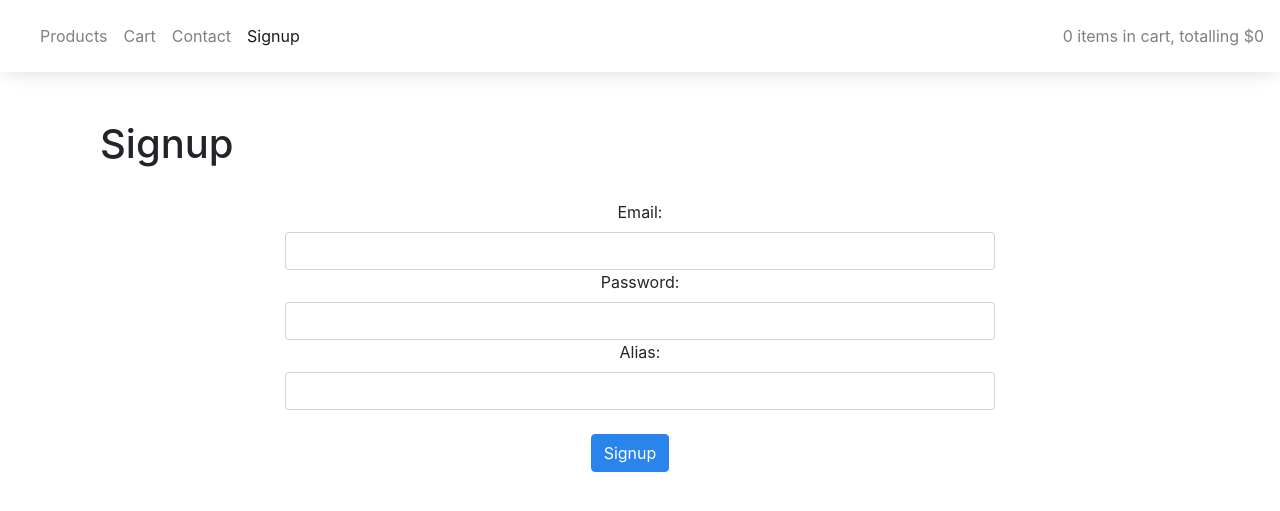
Repository: dayrim/wavecraft
Page: /signup
The author's editor kept a copy of each file at every save. The page is drawn from the files as they stood at one save, then again after the next save.
The browser window is 1280 px wide. The pictures show the whole page.
The project was rebuilt for these pictures with package versions that can differ from the ones it lists, and the page was loaded fresh each time. Also part of the build but not shown: vue.config.js.

Above is the page before, as saved 2019-04-22 16:15:31.

### public/index.html
<!DOCTYPE html>
<html lang="en">
  <head>
    <meta charset="utf-8">
    <meta http-equiv="X-UA-Compatible" content="IE=edge">
    <meta name="viewport" content="width=device-width,initial-scale=1.0">
    <link rel="icon" href="<%= BASE_URL %>favicon.ico">
    <title>wavecraft-reset</title>
  </head>
  <body>
    <noscript>
      <strong>We're sorry but wavecraft-reset doesn't work properly without JavaScript enabled. Please enable it to continue.</strong>
    </noscript>
    <div id="app"></div>
    <!-- built files will be auto injected -->


  </body>
</html>

### src/main.js
import Vue from "vue";
import App from "./App.vue";
import router from "./router";
import store from "./store";
import BootstrapVue from "bootstrap-vue";

Vue.config.productionTip = false;
Vue.use(BootstrapVue);
Vue.filter("currency", function(value) {
  let formatter = new Intl.NumberFormat("en-US", {
    style: "currency",
    currency: "USD",
    minimumFractionDigits: 0,
  });

  return formatter.format(value);
});

new Vue({
  router,
  store,
  render: h => h(App),
}).$mount("#app");

### src/App.vue
<template>
  <div id="app" :class="{ ready: isPageReady }">
    <b-navbar class="mainNavbar" sticky toggleable="lg" variant="light">
      <b-navbar-brand to="/"></b-navbar-brand>

      <b-navbar-toggle target="nav-collapse"></b-navbar-toggle>

      <b-collapse id="nav-collapse" is-nav>
        <b-navbar-nav>
          <b-nav-item exact active-class="active" to="/">Products</b-nav-item>
          <b-nav-item exact active-class="active" to="/cart">Cart</b-nav-item>
          <b-nav-item exact active-class="active" to="/contact">Contact</b-nav-item>
          <b-nav-item exact active-class="active" to="/signup">Signup</b-nav-item>
        </b-navbar-nav>

        <!-- Right aligned nav items -->
        <b-navbar-nav class="ml-auto">
          <b-nav-text>
            <div class="navbar-text">
              {{ cart.items.length }}
              <span v-if="cart.items.length == 1">item</span><span v-else>items</span> in cart,
              totalling {{ cartTotal | currency }}
            </div></b-nav-text
          >
        </b-navbar-nav>
      </b-collapse>
    </b-navbar>
    <transition name="route" mode="out-in">
      <router-view name="discount"> </router-view>
    </transition>
    <b-container>
      <b-row>
        <b-col>
          <br /><br />
          <transition name="route" mode="out-in">
            <router-view></router-view>
          </transition>
        </b-col>
      </b-row>
    </b-container>
  </div>
</template>

<script>
export default {
  data() {
    return {
      isPageReady: false,
    };
  },
  computed: {
    cart() {
      return this.$store.state.cart;
    },
    cartTotal() {
      return this.$store.getters["cart/cartTotal"];
    },
  },
  mounted: function() {
    this.$nextTick(function() {
      setTimeout(() => {
        this.isPageReady = true;
      }, 0);
    });
  },
};
</script>

<style lang="scss">
.mainNavbar {
  box-shadow: 0px 5px 20px -5px rgba(0, 0, 0, 0.15);
}
.flex {
  display: flex;
}
.flex.flex-column {
  flex-direction: column;
}
.flex.flex-row {
  flex-direction: row;
}
.flex.justify-center {
  justify-content: center;
}
.flex.justify-left {
  justify-content: flex-start;
}
.flex.justify-right {
  justify-content: flex-end;
}
.flex.align-center {
  align-items: center;
}
.flex.align-left {
  align-items: flex-start;
}
.flex.align-right {
  align-items: flex-end;
}
/* Navigation */
.navbar .stats {
  margin-top: 15px;
}
ul {
  list-style: none;
}
.btn {
  margin-right: 20px;
}
input[type="radio"] + label,
input[type="checkbox"] + label {
  font-weight: normal;
}

#app {
  opacity: 0;
  transition: opacity 1s ease;
}

#app.ready {
  opacity: 1;
}

.route-enter-active,
.route-leave-active {
  transition: opacity 0.15s ease;
}

.route-enter,
.route-leave-to {
  opacity: 0;
}
</style>

### src/router/index.js
import Vue from "vue";
import Router from "vue-router";
import routes from "./routes";
Vue.use(Router);

export default new Router({
  mode: "history",
  base: process.env.BASE_URL,
  routes,
});

### src/store/index.js
import Vue from "vue";
import Vuex from "vuex";
import cart from "./modules/cart";

Vue.use(Vuex);

export default new Vuex.Store({
  /**
   * Assign the modules to the store.
   */
  modules: {
    cart,
  },
});

### src/assets/common.scss
@import "node_modules/bootstrap/scss/functions";
@import "node_modules/bootstrap/scss/variables";

$primary-color: #2984ec;
$secondary-color: #601cb9;
$tertiary-color: #222d30;
$default-color: #e9e9e9;
$light-color: #ffffff;
$accent-color: #f0081b;
$warning-color: #f09308;



$red: #dc3545;
$yellow: #ffc107;
$green: #006600; // This is the only variable I wanted to change
$cyan: #17a2b8;

$theme-colors: (
  primary: $primary-color,
  secondary: $tertiary-color,
  success: $secondary-color,
  info: $primary-color,
  warning: $warning-color,
  danger: $accent-color,
  light: $light-color,
  dark: $tertiary-color
);

@import 'node_modules/bootstrap/scss/bootstrap';
@import 'node_modules/bootstrap-vue/src/index.scss';

### src/router/routes.js
const routes = [
  {
    path: "",
    components: {
      default: () => import(/* webpackChunkName: "ProductList" */ "@/components/ProductList.vue"),
      discount: () =>
        import(/* webpackChunkName: "SpecialOffer" */ "@/components/SpecialOffer.vue"),
    },
  },
  {
    path: "/cart",
    component: () => import(/* webpackChunkName: "Cart" */ "@/components/Cart.vue"),
    alias: "/shopping-cart",
  },
  {
    path: "/signup",
    component: () => import(/* webpackChunkName: "Singup" */ "@/components/Signup.vue"),
    alias: "/sign-up",
  },
  {
    path: "/product/:productId",
    props: true,
    name: "Product",
    component: () => import(/* webpackChunkName: "Product" */ "@/components/Product.vue"),
    children: [
      {
        path: "details",
        name: "ViewProduct",
        props: true,
        component: () =>
          import(/* webpackChunkName: "ViewProduct" */ "@/components/ViewProduct.vue"),
      },
      {
        path: "reviews",
        name: "ProductReviews",
        props: true,
        component: () =>
          import(/* webpackChunkName: "ProductReviews" */ "@/components/ProductReviews.vue"),
      },
    ],
  },

  {
    path: "/contact",
    component: () => import(/* webpackChunkName: "Contact" */ "@/components/Contact.vue"),
  },
  {
    path: "/*",
    component: () => import(/* webpackChunkName: "PageNotFound" */ "@/components/PageNotFound.vue"),
  },
];

export default routes;

### src/store/modules/cart/index.js
import actions from "./actions";
import getters from "./getters";
import mutations from "./mutations";
import state from "./state";

export default {
  namespaced: true,
  actions,
  getters,
  mutations,
  state,
};

### src/components/Signup.vue
<template>
  <b-container>
    <h1>Signup</h1>
    <br />

    <b-row class="text-center">
      <b-col></b-col>
      <b-col cols="8">
        <label for="email">Email:</label>
        <b-form-input id="email" type="text"></b-form-input>
        <label for="password">Password:</label>
        <b-form-input id="password" type="text"></b-form-input>
        <label for="alias">Alias:</label>
        <b-form-input id="alias" type="text"></b-form-input>
        <br />
        <b-button variant="primary">Signup</b-button></b-col
      >
      <b-col></b-col>
    </b-row>
  </b-container>
</template>

<script>
export default {
  data() {
    return {};
  },
};
</script>

<style lang="scss"></style>

### src/store/modules/cart/actions.js
import * as Mutate from "./mutation-types";

export const addProductToCart = ({ commit, getters }, payload) => {
  let cartItem = getters.getCartItem(payload.product);
  payload.cartItem = cartItem;

  if (cartItem == null) {
    payload.cartItem = getters.getCartItem(payload.product);
    commit(Mutate.ADD_PRODUCT_TO_CART, payload);
  } else {
    commit(Mutate.INCREASE_PRODUCT_QUANTITY, payload);
  }
};

export const checkout = ({ commit }) => {
  commit(Mutate.CHECKOUT);
};

export default {
  addProductToCart,
  checkout,
};

### src/store/modules/cart/getters.js
export default {
  cartTotal: state => {
    let total = 0;

    state.items.forEach(function(item) {
      total += item.product.price * item.quantity;
    });
    return total;
  },
  getCartItem: state => product => {
    for (let i = 0; i < state.items.length; i++) {
      if (state.items[i].product.id === product.id) {
        return state.items[i];
      }
    }
    return null;
  },
  taxAmount: (state, getters) => percentage => (getters.cartTotal * percentage) / 100,
};

### src/store/modules/cart/mutations.js
import { CHECKOUT, ADD_PRODUCT_TO_CART, INCREASE_PRODUCT_QUANTITY } from "./mutation-types";

export default {
  [CHECKOUT](state) {
    state.items.forEach(function(item) {
      item.product.inStock += item.quantity;
    });

    state.items = [];
  },
  [ADD_PRODUCT_TO_CART]: (state, payload) => {
    state.items.push({
      product: payload.product,
      quantity: payload.quantity,
    });

    payload.product.inStock -= payload.quantity;
  },
  [INCREASE_PRODUCT_QUANTITY]: (state, payload) => {
    payload.cartItem.quantity += payload.quantity;
    payload.product.inStock -= payload.quantity;
  },
};

### src/store/modules/cart/state.js
export default {
  items: [],
};

### src/store/modules/cart/mutation-types.js
export const ADD_PRODUCT_TO_CART = "addProductToCart";
export const CHECKOUT = "checkout";
export const INCREASE_PRODUCT_QUANTITY = "increaseQuantity";

export default {
  ADD_PRODUCT_TO_CART,
  CHECKOUT,
  INCREASE_PRODUCT_QUANTITY,
};

After the next save:
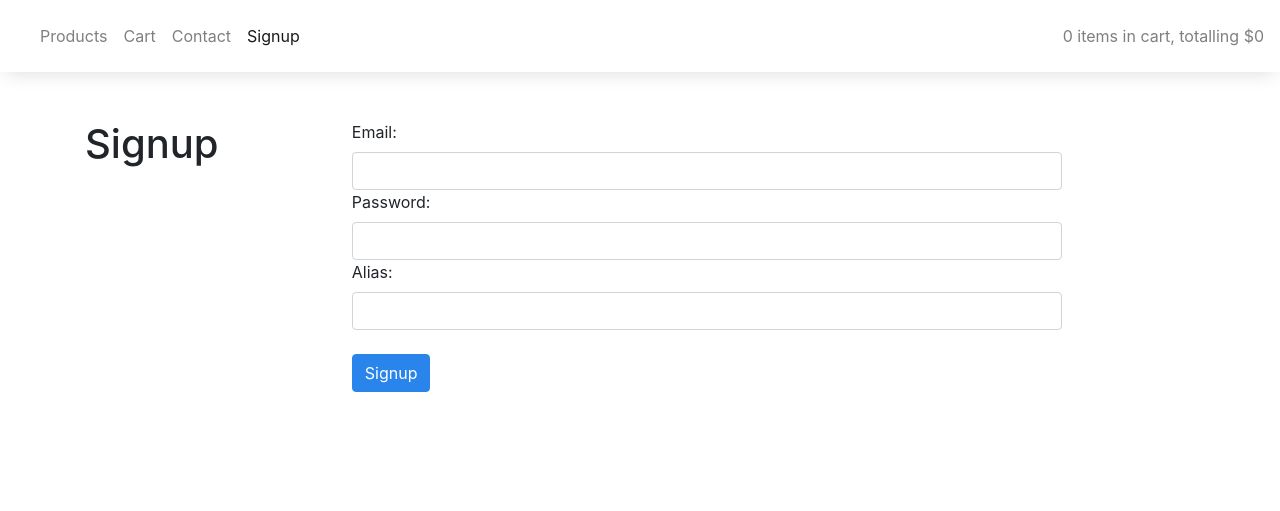
Saved 12 s later.
--- a/src/components/Signup.vue
+++ b/src/components/Signup.vue
@@ -1,9 +1,8 @@
 <template>
   <b-container>
-    <h1>Signup</h1>
-    <br />
-
-    <b-row class="text-center">
+    <b-row>
+      <h1>Signup</h1>
+      <br />
       <b-col></b-col>
       <b-col cols="8">
         <label for="email">Email:</label>
